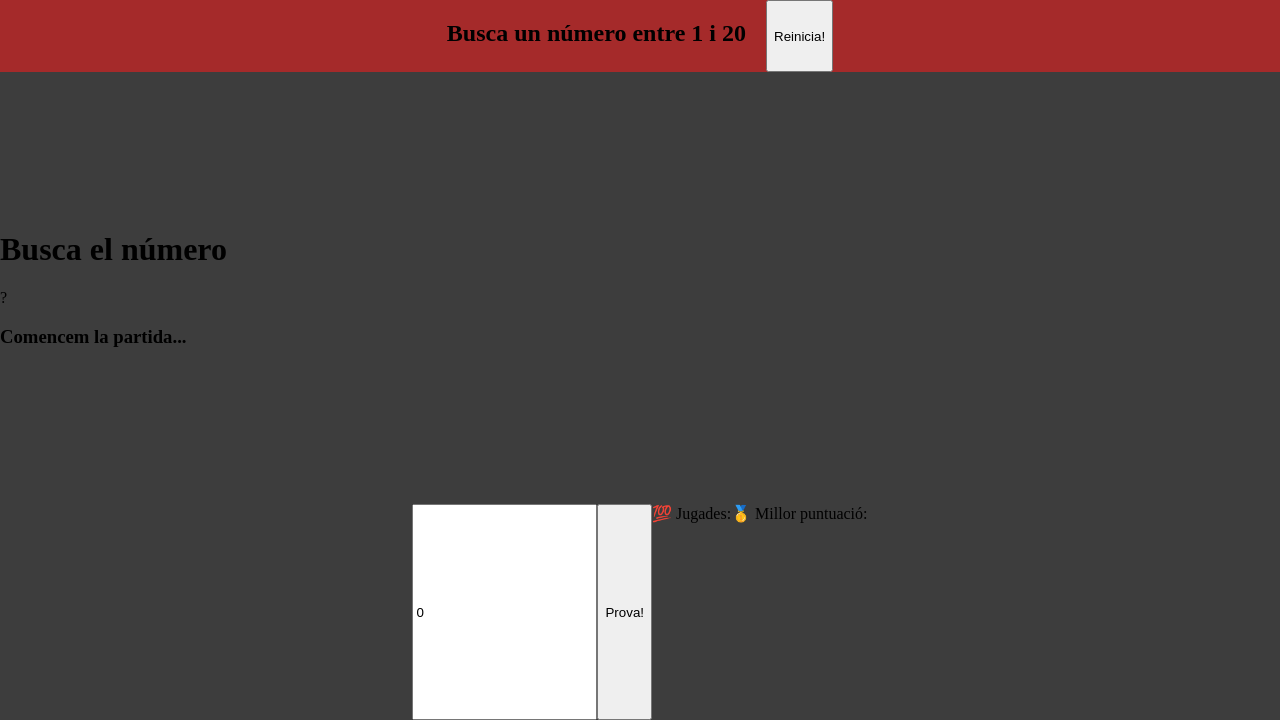
Repository: rdalmau23/M06_01
Page: index.html
The author's editor kept a copy of each file at every save. The page is drawn from the files as they stood at one save, then again after the next save.
The browser window is 1280 px wide. The pictures show the whole page.

Above is the page before, as saved 2024-10-11 11:21:55.

### index.html
<!DOCTYPE html>
<html lang="en">
<head>
    <meta charset="UTF-8">
    <meta name="viewport" content="width=device-width, initial-scale=1.0">
    <title>Endivina el número</title>
    <link rel="stylesheet" href="style.css">
    <script src="script.js"></script>
</head>
<body>
    <header>
        <h2>Busca un número entre 1 i 20</h2>
        <button id="reset">Reinicia!</button>
    </header>
    <main>
        <h1>Busca el número</h1>
        <div id="display-num">?</div>
        <h3>Comencem la partida...</h3>
    </main>
    <footer>
        <input type="number" value="0">
        <button id="play">Prova!</button>
        <div id="display-jugades">💯 Jugades: </div>
        <div id="display-result">🥇 Millor puntuació: </div>
    </footer>
</body>
</html>

### style.css
body{
    margin: 0;
    padding: 0;
    box-sizing: border-box;
}
body, html{
    height: 100%;
}
header{
    background-color: brown;
    display: flex;
    justify-content: center;
    gap: 20px;
    height: 10%;
}
main{
    background-color: rgb(61, 61, 61);
    height: 60%;
    display: flex;
    flex-direction: column;
    justify-content: center;


}
footer{
    background-color: rgb(61, 61, 61);
    height: 30%;
    display: flex;
    justify-content: center;
}

Loaded but not shown: script.js (no copy from this time; the picture is the same without it)

After the next save:
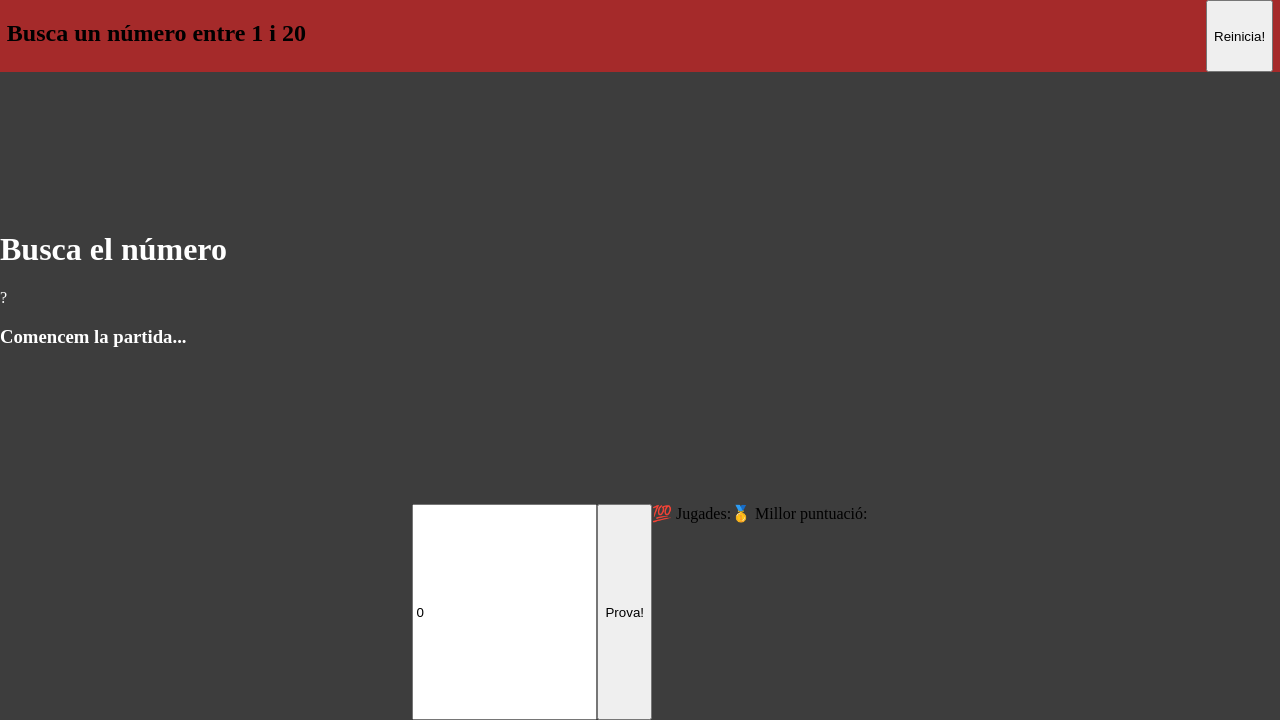
Saved 77 s later.
--- a/style.css
+++ b/style.css
@@ -10,7 +10,7 @@ header{
     background-color: brown;
     display: flex;
     justify-content: center;
-    gap: 20px;
+    gap: 900px;
     height: 10%;
 }
 main{
@@ -19,6 +19,7 @@ main{
     display: flex;
     flex-direction: column;
     justify-content: center;
+    color: white;
 
 
 }
